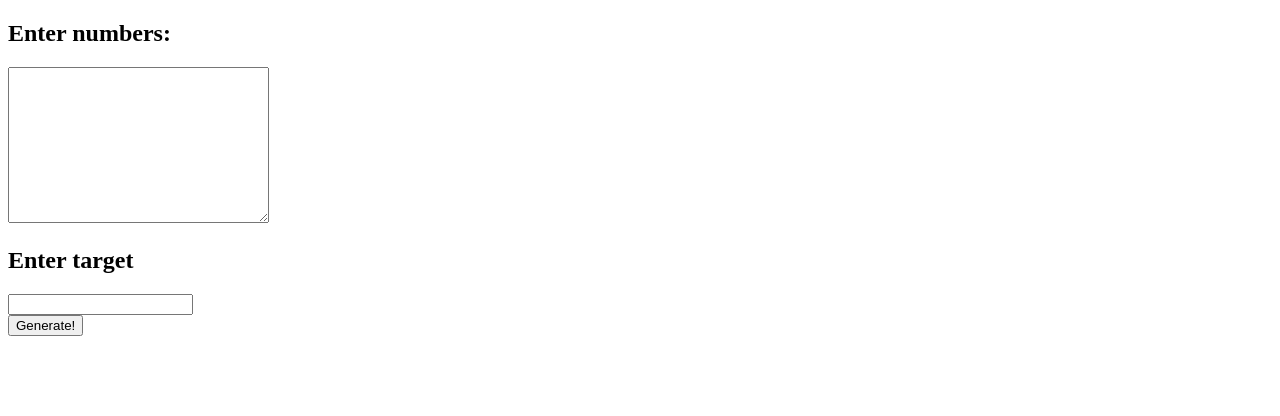
Repository: Peter-developer01/possible-combos
Page: index.html
The author's editor kept a copy of each file at every save. The page is drawn from the files as they stood at one save, then again after the next save.
The browser window is 1280 px wide. The pictures show the whole page.

Above is the page before, as saved 2024-04-25 18:58:59.

After the next save:
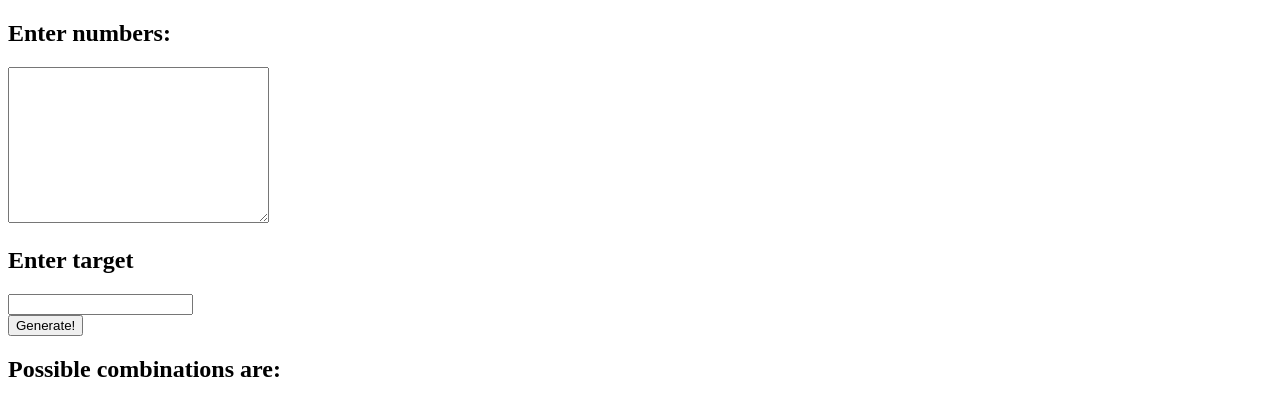
Saved 25 s later.
--- a/index.html
+++ b/index.html
@@ -13,6 +13,9 @@
 	<h2>Enter target</h2>
 	<input type="number" class="target"> <br>
 	<button class="generate">Generate!</button>
+
+	<h2>Possible combinations are:</h2>
+	<ul class="result"></ul>
 	<script src="script.js"></script>
 </body>
 </html>

After the 3 saves that followed:
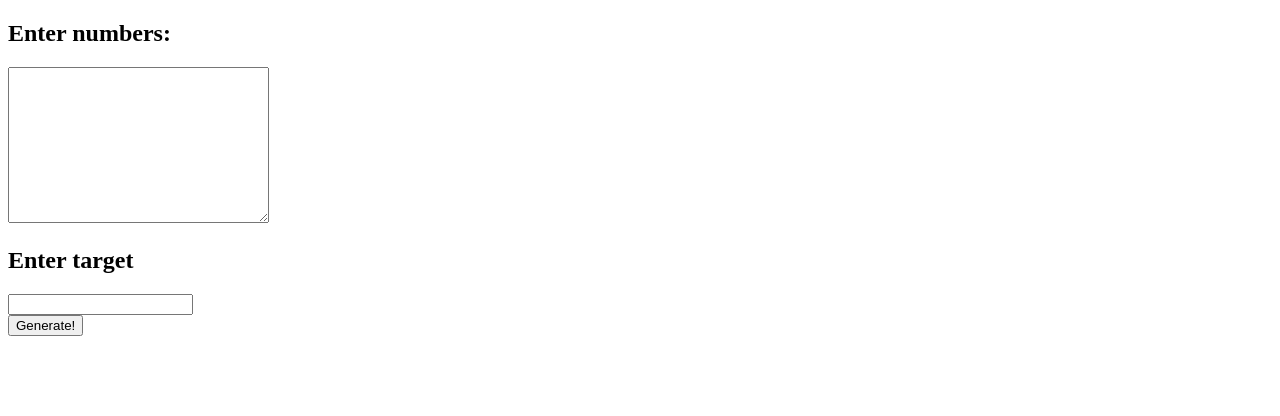
The 3 saves are shown as one change because 2 left the picture as it was.
The last was saved 56 s later.
--- a/index.html
+++ b/index.html
@@ -14,7 +14,7 @@
 	<input type="number" class="target"> <br>
 	<button class="generate">Generate!</button>
 
-	<h2>Possible combinations are:</h2>
+	<h2 style="display: none">Possible combinations are:</h2>
 	<ul class="result"></ul>
 	<script src="script.js"></script>
 </body>
--- a/script.js
+++ b/script.js
@@ -32,4 +32,9 @@ function combinationSum(nums, target) {
 
 const generateButton = document.querySelector(".generate"),
 	list = document.querySelector(".list"),
-	target = document.querySelector(".target");
+	target = document.querySelector(".target"),
+	result = document.querySelector(".result");
+
+generateButton.addEventListener("click", () => {
+
+})
